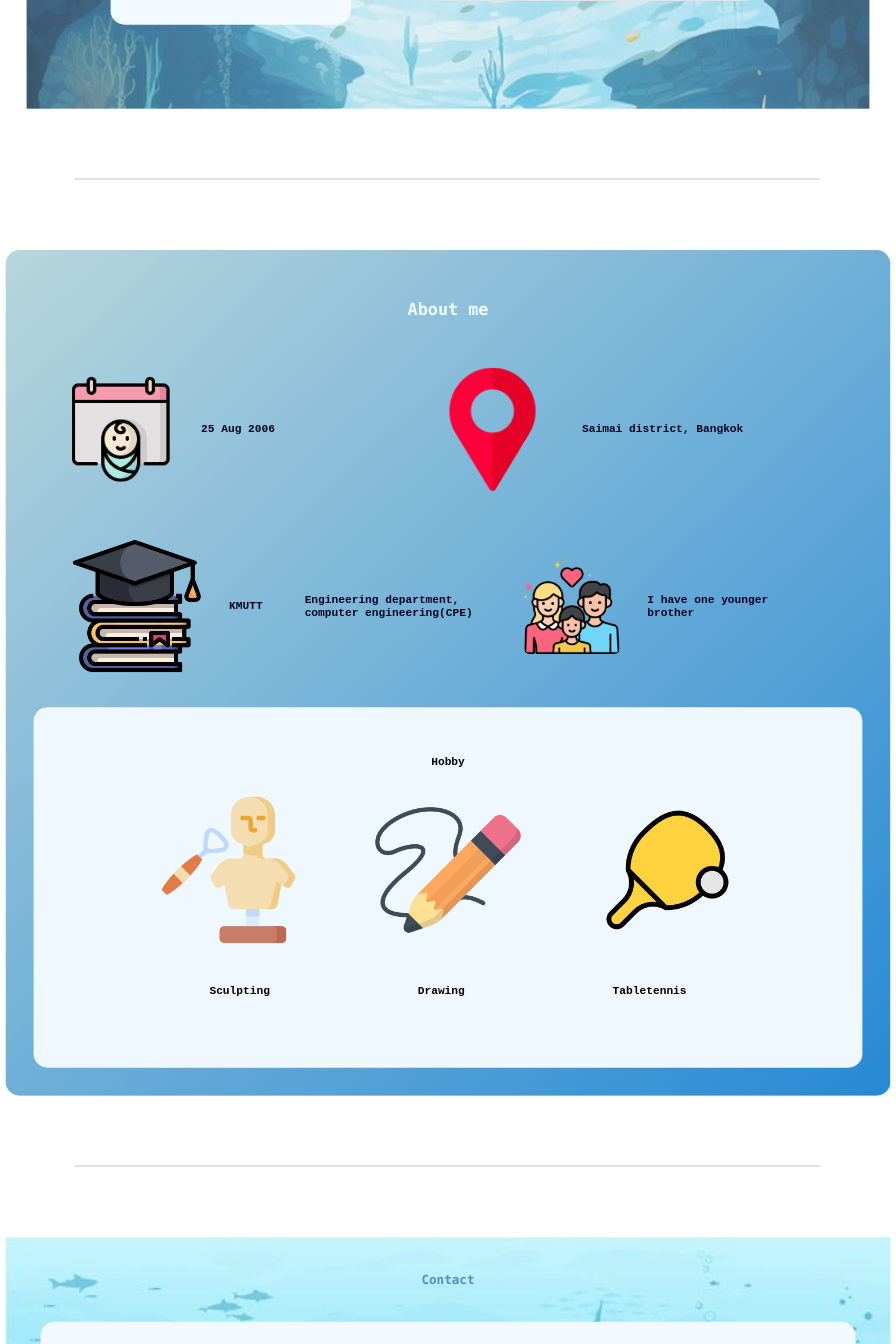
Repository: kittipichcha/Port1
Page: page1.html
These files come from the project's save history. The page is drawn as it stood at one moment and after the next save; the edit follows.
The browser window is 1280 px wide. The pictures show the part of the page from y = 706 to 2626 px (the page is 4767 px tall), at 70% of full size.

Above is the page before, as saved 2024-10-16 20:49:44.

### page1.html
<!DOCTYPE html>
<html>
<head>
  <title>Home</title>
  <link rel="stylesheet" href="style.css">
</head>
<body>
  <nav class = "background">
    <ul class = "textButton">
      <li><a href="#section1">About me</a></li>
      <li><a href="#section2">Contact</a></li>
      <li><a href="#section3">Education</a></li>
      <li><a href="#section4">Skill</a></li>
    </ul>
  </nav>

  <div class = "widget background" style = "background-image: url('underSea.jpg'); opacity:80%; align-content:space-between;">
    <div class = "widget1" style="margin: 100px; justify-content: center; background-color:aliceblue; border-radius: 20px; width:40%;">
      <h1 class="textGeneral" style="font-size: larger;"> Portfolio </h1>
      <h1 class="textTopic" style = "margin: 10px"> " </h1>
      <h2 class="textGeneral"> "No one is perfect" </h2>
      <h2 class="textGeneral"> "Now is the best time" </h2>
      <h2 class="textGeneral"> "There's still tomorrow" </h2>
      <h1 class="textTopic"> " </h1>
    </div>
    <div class = "container" style = "width: 70%;">
      <img class = "icon" src = "/icon/baby.png" class = "icon" style = "width: 70%; margin:30px">
      <div class = "overlay" style = "width: 60%;">
        <h1 class = "textImage"> My name is Kittipich Charoenthanachot. </h1>
      </div>
    </div>
  </div>

  <hr class="space">

  <!-- About me -->
  <section id="section1">
    <div class = "backgroundColor" style = "background-image: linear-gradient(to bottom right, rgb(184, 214, 220), rgb(38, 137, 212));">
      <h1 class = "textTopic" style="color:azure"> About me </h1>
      <div class = "widget">
        <!-- born -->
        <div style = "justify-content: flex-start;">
          <img class = "icon3" src="icon\baby.png" alt="Logo">
          <h3 class = "textGeneral" style = "color: rgb(6, 3, 34);"> 25 Aug 2006 </h3>
        </div>
        <!-- live -->
        <div style = "justify-content: flex-start;">
          <img class = "icon3" src="icon\placeholder.png" alt="Place">
          <h3 class = "textGeneral" style = "color: rgb(6, 3, 34);"> Saimai district, Bangkok </h3>
        </div>
        <br class = "space1">
      </div>
      <div class = "widget">
        <!-- study -->
        <div style = "justify-content: flex-start;">
          <img class = "icon3" src="icon\graduation.png" alt="Logo">
          <h3 class = "textGeneral" style = "color: rgb(6, 3, 34);"> KMUTT </h3>
          <h4 class = "textGeneral" style = "color: rgb(6, 3, 34);"> Engineering department, computer engineering(CPE)</h4>
        </div>

        <!-- family -->
        <div style = "justify-content: flex-start;">
          <img class = "icon3" src="icon\family.png" alt="Logo">
          <h3 class = "textGeneral" style = "color: rgb(6, 3, 34);"> I have one younger brother </h3>
        </div>
      </div>
      <!-- hobby -->
      <div class = "backgroundColor" style = "background-color: aliceblue;">
        <h1 class = "textGeneral" style = "justify-content: center;"> Hobby </h1>
        <div class = "widget">
          <img class = "image" style = "width:20%;" src="icon\sculpt.png" alt="Logo">
          <img class = "image" style = "width:20%;" src="icon\pencil.png" alt="Logo">
          <img class = "image" style = "width:20%;" src="icon\game.png" alt="Logo">
        </div>
        <div class = "widget">
          <h2 class = "textGeneral"> Sculpting </h2>
          <h2 class = "textGeneral"> Drawing </h2>
          <h2 class = "textGeneral"> Tabletennis </h2>
        </div>
      </div>
    </div>
  </section>

  <hr class="space">
  <!-- Contact -->
  <section id="section2"  class = "background" style = "background-image: url('underSea1.jpg');">
    <h1 class = "textTopic" style="font-size: large; color:rgb(41, 114, 179)"> Contact </h1>
    <div class = "widget backgroundColor" style="align-items: flex-start; background-color:aliceblue;">
      <div style = "justify-content: flex-start;">
        <img class = "image" src="icon\instagram.png" alt="Logo">
        <div class = "widget1">
          <h2 class = "textGeneral"> Instagram </h2>
          <a href="https://www.instagram.com/">
            <p class = "textGeneral"> kittipich00 </p>
          </a>
      </div>
      </div>

      <div style = "justify-content: flex-start;">
        <img class = "image" src="icon\facebook.png" alt="Logo">
        <div class = "widget1">
          <h2 class = "textGeneral"> Facebook </h2>
          <a href="https://www.facebook.com/">
            <p class = "textGeneral"> Kittipich Charoenthanachot</p>
          </a>
        </div>
      </div>

      <div style = "justify-content: flex-start;">
        <img class = "image" src="icon\line.png" alt="Logo">
        <div class = "widget1">
          <h2 class = "textGeneral"> Line </h2>
          <a href="https://www.line.com/">
            <p class = "textGeneral"> wwwkittipichcom </p>
          </a>
        </div>
      </div>
    </div>
    <div class = "space1"> </div>
    <div class = "widget" style="align-items: flex-start;">
      <div class = "icon2" style = "justify-content: flex-start;">
        <img class = "image" src="https://cdn-icons-png.flaticon.com/128/483/483947.png" alt="Logo">
        <div>
          <h2 class = "textGeneral" style = "color:  rgb(55, 118, 174);"> Call </h2>
          <p class = "textGeneral"> 0918942805 </p>
        </div>
      </div>

      <div class = "icon2" style = "justify-content: flex-start";>
        <img class = "image" src="https://cdn-icons-png.flaticon.com/128/5968/5968756.png" alt="Logo">
        <div>
          <h2 class = "textGeneral" style = "color:  rgb(55, 118, 174);"> Discord </h2>
          <p class = "textGeneral"> monkey6424 </p>
        </div>
      </div>
    </div>
  </section>

  <hr class="space">
  <!-- Education -->
  <section id="section3">
    <h1 class = "textGeneral" style = "font-size: large;  justify-content:center;"> Education </h1>
    <div>
      <div class = "widget" style = "justify-content:space-around;">
        <img class = "image" style = "width:17%" src="icon\logo.png" alt="Logo">
        <br class="space">
        <div class = "widget1" style = "justify-content: center;">
          <h2 class = "textGeneral"> PCSHCS </h2>
          <h2 class = "textGeneral"> Lower secondary school </h2>
        </div>
      </div>

      <div class = "widget" style = "justify-content: space-around;">
        <img class = "image" src="icon\R.jpg" alt="Logo">
        <br class="space">
        <div class = "widget1" style = "justify-content: center;">
          <h2 class = "textGeneral"> SciUS TU SKR </h2>
          <h2 class = "textGeneral"> Higher secondary school </h2>
        </div>
      </div>

      <div class = "widget" style = "justify-content: space-around;">
        <img class = "image" src="icon\kmutt.jpg" alt="Logo">
        <br class="space">
        <div class = "widget1">
          <h2 class = "textGeneral"> KMUTT </h2>
          <h2 class = "textGeneral"> Bachelor’s degree </h2>
        </div>
      </div>
    </div>
  </section>

  <hr class="space">
  <!-- Skill -->
  <section id = "section4">
    <h2 class = "textGeneral" style = "justify-content: center; font-size:large"> Skill </h2>
    <div class = "widget">
      <div class = "widget1">
          <a href="page2.html">
            <div class = "container">
              <h2 class = "overlay textGeneral" style = "background-color:rgba(240, 248, 255, 0);"> Sculpting  </h2>
              <img class = "icon4" style = "width:50%;"src="icon\sculpt.png">
            </div>
          </a>
      </div>

      <div class = "widget1">
        <a href="page3.html">
          <div class = "container">
            <h2 class = "overlay textGeneral" style = "background-color:rgba(240, 248, 255, 0); color:rgb(17, 46, 148);"> Painting  </h2>
            <img class = "icon4" style = "width:50%;"src="icon\paint.png">
          </div>
        </a>
      </div>

      <div class = "widget1">
        <a href="page4.html">
          <div class = "container">
            <h2 class = "overlay textGeneral" style = "background-color:rgba(240, 248, 255, 0); color:rgb(189, 151, 224);"> Board game</h2>
            <img class = "icon4" style = "width:50%;"src="icon\dice.png">
          </div>
        </a>
      </div>

  </section>
</body>
</html>

### style.css
nav {
    background-color: #318b9b;
    padding: 10px;
    display: flex;
    justify-content: flex-end;
    opacity: 80%;
    border-radius: 10px;
}

nav ul li {
    display: inline-block;
}

nav ul li a:hover {
    background-color: #257ab7;
    border-radius: 5px;
    text-decoration: underline;
}

.textButton li a {
    color: #ffffff;
    text-decoration: none;
    font-family: 'Lucida Console', monospace;
    padding: 10px;
}

.textGeneral {
    color: #000000;
    font-size: medium;
    font-family: 'Courier New', monospace;
    margin: 20px;
    padding: 10px;
    display: flex;
    justify-content: left;
}

.textTopic {
    color: #000000;
    text-decoration: none;
    font-family: 'Lucida Console', monospace;
    margin: 30px;
    margin-bottom: 50px;
    display: flex;
    justify-content: center;
}

.widget {
    display: flex;
    justify-content: space-evenly;
    margin: 30px;
}

.widget div {
    display: flex;
    justify-content: space-between;
    align-items: center;
    margin: 10px;
}

.overlay {
    padding: 20px;
    margin: 50px;
    border-radius: 10px;
    position: absolute;
    top: 0;
    bottom: 0;
    left: 0;
    right: 0;
    height: 80%;
    width: 80%;
    opacity: 0;
    transition: .5s ease;
    background-color: #358eac9e;
}

.container {
    position: relative;
}

.container:hover .overlay{
    opacity: 1.6;
}

.container:hover {
    opacity: 0.5;
}

.textImage {
    color: white;
    font-family: 'Courier New', Courier, monospace;
    position: absolute;
    top: 50%;
    left: 50%;
    transform: translate(-50%, -50%);
    -ms-transform: translate(-50%, -50%);
}

.widget div img {
    display: flex;
    justify-content: space-between;
    align-items: center;
    margin: 10px;
}

.widget1 {
    display: flex;
    flex-direction: column;
    justify-content: space-around;
    align-content: space-around;
    margin: 10px;
}



.space {
    display: flex;
    margin: 100px;
}

.space1 {
    display: flex;
    margin: 40px;
}

.icon {
    display: block;
    border: 2px solid #ddd;
    border-radius: 4px;
    width: 30%;
    align-items: center;
    justify-content: center;
}

.icon2 {
    border: 5px;
    padding: 15px;
    display: block;
    background-color: #ffffff;
    border-radius: 10px;
    width: 30%;
    align-items: center;
    justify-content: center;
}

.icon3 {
    display: block;
    border-radius: 7px;
    width: 30%;
    align-items: center;
    justify-content: center;
}

.icon4 {
    display: block;
    border-radius: 100px;
    width: 30%;
    align-items: center;
    justify-content: center;
}

.image {
    display: block;
    width: 20%;
    align-items: center;
    justify-content: center;
}

.icon2Text {
    display: block;
    border: 2px solid #ddd;
    border-radius: 4px;
    width: 30%;
    align-items: center;
    justify-content: center;
}

.background {
    background-image: url("beach.jpg");
    background-size: cover;
    padding: 20px;
    opacity: 80%;
}

.backgroundColor {
    background-color:#348ecea0;
    border-radius: 20px;
    padding: 40px;
}

.galleryContainer {
    justify-content: center;
}

.galleryContainer img {
    border: 5px solid #ddd;
    border-radius: 10px;
    height: auto;
    width: 20%;
    margin: 10px;
}

.scrollImage {
    background-color: #e0dddd;
    overflow: auto;
    display: flex;
    justify-content: flex-start;
    white-space: nowrap;
}

.scrollImage div img {
    border: 2px solid #ffffff;
    border-radius: 5px;
    height: auto;
    width: 20%;
    margin: 20px;
}

.topicAndPara {
    display: flex;
    flex-direction: column;
    justify-content: flex-start;
}

.topicAndPara:nth-child(n) {
    color: #000000;
    font-size: medium;
    font-family: 'Courier New', monospace;
    margin: 10px;
    padding: 10px;
    display: flex;
    justify-content: left;
}

.button {
    display: flex;
    border: none;
    border-radius: 10px;
    background-image: url("beach.jpg");
    padding: 50px;
    text-align: center;
    text-decoration: none;
    display: inline-block;
    font-family: 'Courier New', monospace;
    color:#ffffff;
    font-size: large;
    text-shadow: 1px 2px black;
    margin: 5px;
    transition-duration: 0.4s;
    cursor: pointer;
}

After the next save:
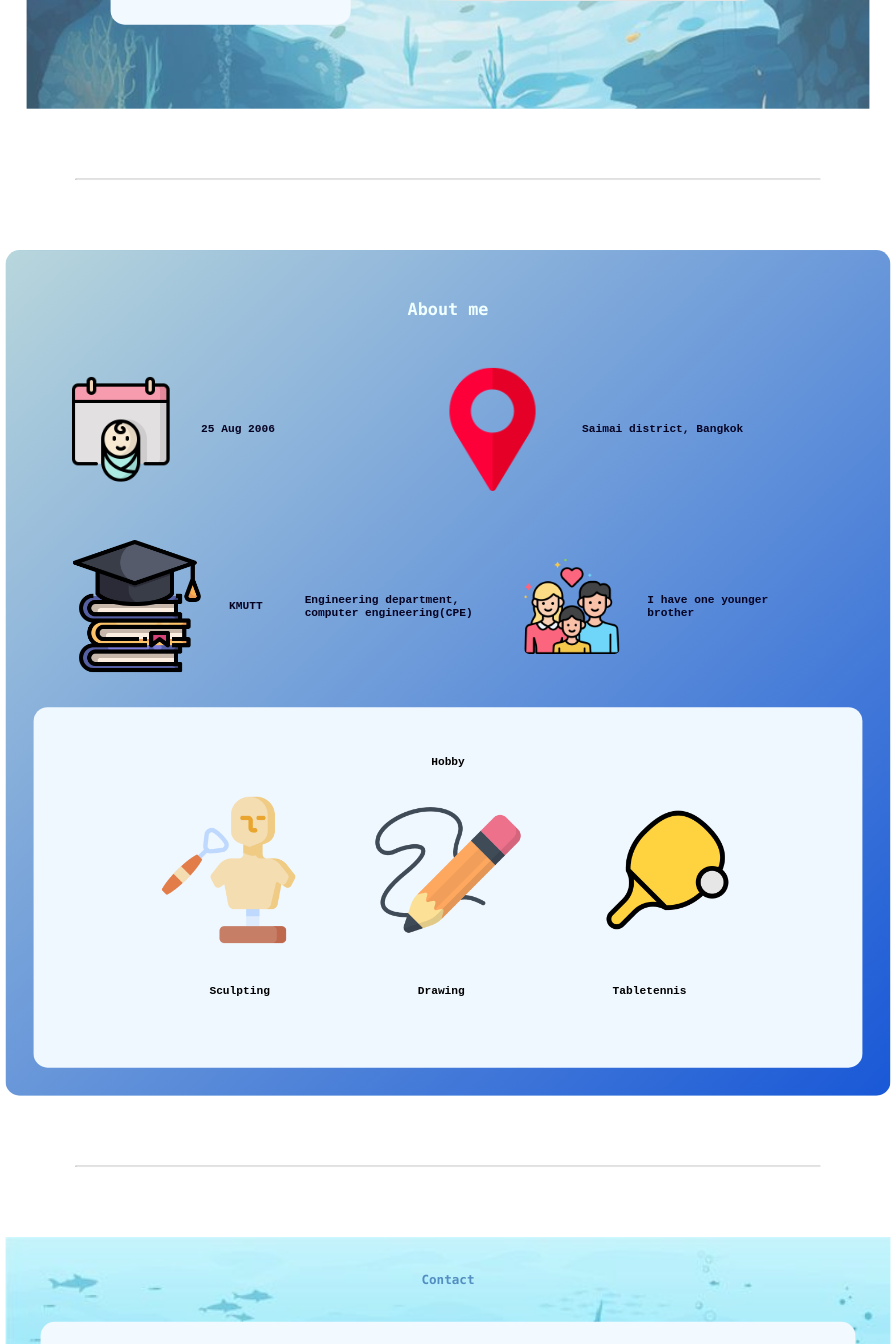
Saved 11 s later.
--- a/page1.html
+++ b/page1.html
@@ -35,7 +35,7 @@
 
   <!-- About me -->
   <section id="section1">
-    <div class = "backgroundColor" style = "background-image: linear-gradient(to bottom right, rgb(184, 214, 220), rgb(38, 137, 212));">
+    <div class = "backgroundColor" style = "background-image: linear-gradient(to bottom right, rgb(184, 214, 220), rgb(25, 88, 215));">
       <h1 class = "textTopic" style="color:azure"> About me </h1>
       <div class = "widget">
         <!-- born -->
